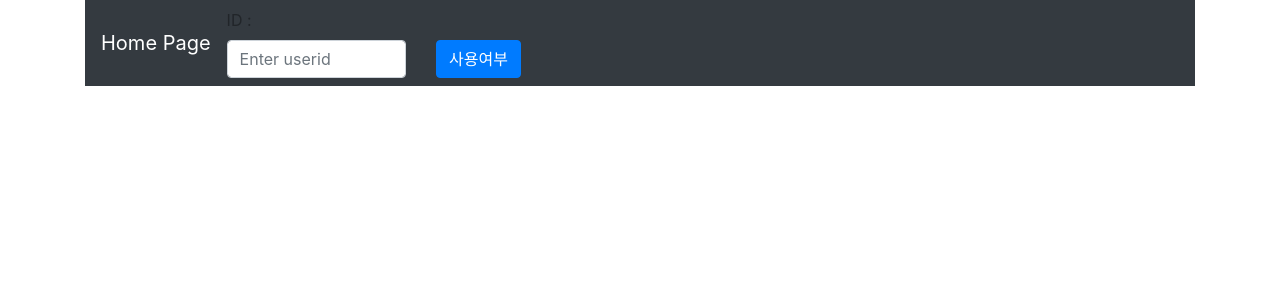
Repository: yerori/Eclipse
Page: http://localhost/project/member/idCheck.me
An editor plug-in stored every save of this project. The page is shown before and after the next save, followed by the edit.
The browser window is 1280 px wide. The pictures show the whole page.
The page is served by Tomcat 9. Other server files are loaded and not shown.

Above is the page before, as saved 2020-07-30 06:35:49.

### project/WebContent/member/idCheck.jsp
<%@ page language="java" contentType="text/html; charset=UTF-8"
    pageEncoding="UTF-8"%>

<div class="container">
  <meta name="viewport" content="width=device-width, initial-scale=1">
  <link rel="stylesheet" href="https://maxcdn.bootstrapcdn.com/bootstrap/4.5.0/css/bootstrap.min.css">
  <script src="https://ajax.googleapis.com/ajax/libs/jquery/3.5.1/jquery.min.js"></script>
  <script src="https://cdnjs.cloudflare.com/ajax/libs/popper.js/1.16.0/umd/popper.min.js"></script>
  <script src="https://maxcdn.bootstrapcdn.com/bootstrap/4.5.0/js/bootstrap.min.js"></script>
  <script src="/project/js/member.js"></script>
</head>
<body>

<nav class="navbar navbar-expand-md bg-dark navbar-dark">
  <a class="navbar-brand" href="#">Home Page</a>
  <button class="navbar-toggler" type="button" data-toggle="collapse" data-target="#collapsibleNavbar">
    <span class="navbar-toggler-icon"></span>
  </button>

  <div class="row">
    <div class="col">
    <label for="userid">ID : </label>
    <input type="text" class="form-control" placeholder="Enter userid" id="userid" name="userid">
 	</div>
 	<div class="col align-self-end">
  	<button type="button" id="useBtn" class="btn btn-primary" name="id_checkBtn">사용여부</button>
  	</div>
  	</div>

</nav>
</body>
  </div>

### project/src/com/member/action/MemberIdCheck.java
package com.member.action;

import java.io.IOException;

import javax.servlet.RequestDispatcher;
import javax.servlet.ServletException;
import javax.servlet.annotation.WebServlet;
import javax.servlet.http.HttpServlet;
import javax.servlet.http.HttpServletRequest;
import javax.servlet.http.HttpServletResponse;

import com.member.model.SMemberDAOImpl;

/**
 * Servlet implementation class MemberIdCheck
 */
@WebServlet("/member/idCheck.me")
public class MemberIdCheck extends HttpServlet {
	private static final long serialVersionUID = 1L;

    /**
     * @see HttpServlet#HttpServlet()
     */
    public MemberIdCheck() {
        super();
        // TODO Auto-generated constructor stub
    }

	/**
	 * @see HttpServlet#doGet(HttpServletRequest request, HttpServletResponse response)
	 */
	protected void doGet(HttpServletRequest request, HttpServletResponse response) throws ServletException, IOException {
		RequestDispatcher rd = request.getRequestDispatcher("idCheck.jsp");
		rd.forward(request, response);
	}


	protected void doPost(HttpServletRequest request, HttpServletResponse response) throws ServletException, IOException {
		request.setCharacterEncoding("utf-8");
		String userid=request.getParameter("userid");
		SMemberDAOImpl dao = SMemberDAOImpl.getInstance();
		String flag= dao.idCheck(userid);
//		if(flag) {
//
//		}else {
//
//		}
	}

}

### project/WebContent/js/member.js
var exp = /^[0-9]{3}-[0-9]{4}-[0-9]{4}$/;

$(document).ready(function(){
	$("#send").click(function(){
		if($("#userid").val()==0){
		alert("이름을 넣어주세요");
		$("#userid").focus;
		return false;
	}

		if($("#userid").val()==0){
		alert("아이디를 입력하세요");
		$("#userid").focus;
		return false;
	}
		if($("#name").val()==0){
			alert("이름을 입력해주세요");
			$("#name").focus;
			return false;
		}
		if($("#pwd").val()==0){
			alert("비밀번호를 입력해주세요");
			$("#pwd").focus;
			return false;
		}
	//비번확인
		if($("#pwd").val()!=$("#pwd_check").val()){
			alert("비밀번호가 일치하지 않습니다.");
			$("#pwd").focus;
			return false;
		}

		if($("#email").val()==0){
			alert("이메일을 입력해주세요");
			$("#email").focus;
			return false;
		}
		if(!$("#phone").val().match(exp)){
			alert("전화번호 입력 양식이 아닙니다.");
			$("#phone").focus;
			return false;
		}
		$("#frm").submit();
	})
	//id중복확인 버튼 클릭
		$("#id_checkBtn").click(function(){
			window.open("idCheck.me","","width=800 height=500");
		});

	//중복확인 page이동
	$("idCheckBtn").click(function(){
		if($("#userid").val()==""){
			alert("ID를 입력하세요");
			$("#userid").focus();
			return false;
		}

		$.ajax({
			type:"post",
			url:"idCheck.me",
			data:{"userid":$("#userid").val()},
			success:function(val){
				alert(val)
			},
			error : function(e){
				alert("error :"+e);
			}
		});

	})
});
function delFunc(userid){
	if(confirm("정말 삭제할까요?")){
		$.getJSON("userDelete.me?userid="+userid, function(data){
		var htmlStr="";
		$.each(data.root, function(key,val){
			htmlStr+="<tr>";
			htmlStr+="<td>"+val.name+"</td>";
			htmlStr+="<td>"+val.userid+"</td>";
			htmlStr+="<td>"+val.phone+"</td>";
			htmlStr+="<td>"+val.email+"</td>";
			htmlStr+="<td>"+val.mode+"</td>";
			if(val.mode=='일반회원'){
				htmlStr+="<td onclick=del('"+val.userid+"')>삭제</td>";
			}else{
				htmlStr+="<td></td>";
			}
			htmlStr+="</tr>";
		})
		$("table tbody").html(htmlStr);
	})
	}
}

After the next save:
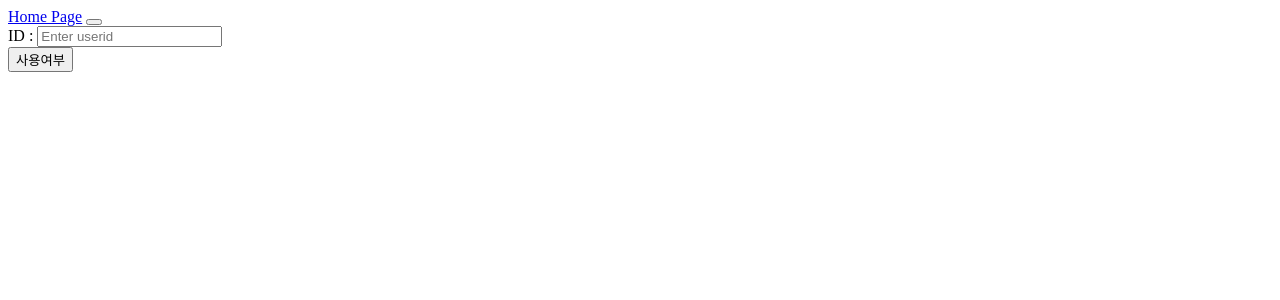
Saved 12 s later.
--- a/project/WebContent/member/idCheck.jsp
+++ b/project/WebContent/member/idCheck.jsp
@@ -2,8 +2,7 @@
     pageEncoding="UTF-8"%>
 
 <div class="container">
-  <meta name="viewport" content="width=device-width, initial-scale=1">
-  <link rel="stylesheet" href="https://maxcdn.bootstrapcdn.com/bootstrap/4.5.0/css/bootstrap.min.css">
+
   <script src="https://ajax.googleapis.com/ajax/libs/jquery/3.5.1/jquery.min.js"></script>
   <script src="https://cdnjs.cloudflare.com/ajax/libs/popper.js/1.16.0/umd/popper.min.js"></script>
   <script src="https://maxcdn.bootstrapcdn.com/bootstrap/4.5.0/js/bootstrap.min.js"></script>
